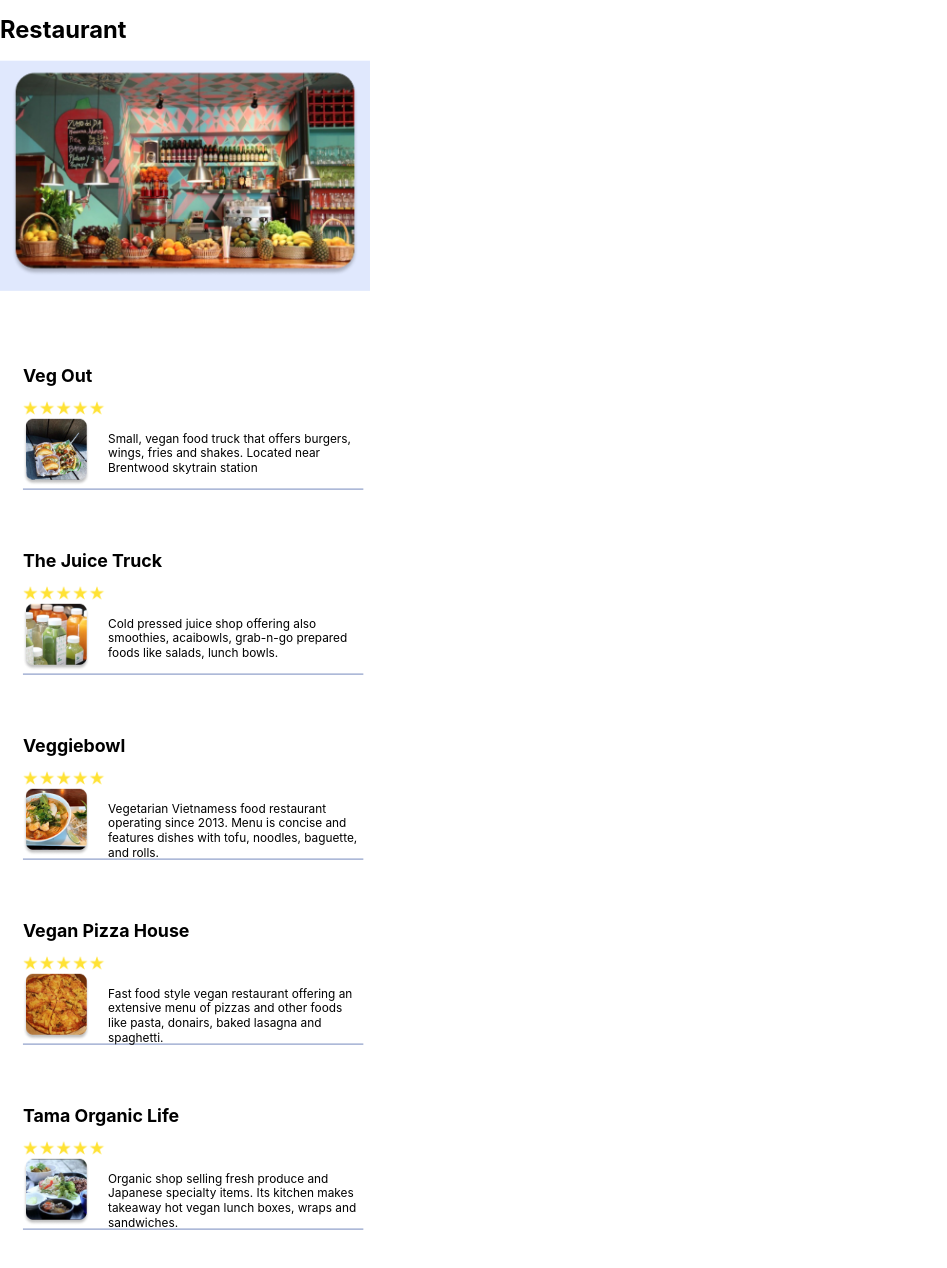
Repository: Kinakopan/design_mindfulEating_site
Page: /restaurant (app in firstapp/)
An editor plug-in stored every save of this project. The page is shown before and after a run of saves, followed by the edit.
The browser window is 1280 px wide. The pictures show the whole page, at 74% of full size.
The project was rebuilt for these pictures with package versions that can differ from the ones it lists, and the page was loaded fresh each time. The framework's server and built-in components were replaced by stand-ins that run in the browser. Also part of the build but not shown: firstapp/next.config.js.

Above is the page before, as saved 2022-04-21 14:51:46.

### firstapp/pages/restaurant.js
import ImgCard from "../comps/ImgCard";
import RestaurantCard from "../comps/RestaurantCard";



export default function Restaurant(){

    return (
    <div>
        <h1>Restaurant</h1>

        <ImgCard
        img="/restaurant.png"
        bg="#E0E8FD"
        cpa="2"
        />



    <main>
        <RestaurantCard>
        </RestaurantCard>

        <RestaurantCard
            img="/juice truck.png"
            h2="The Juice Truck"
            txt="Cold pressed juice shop offering also smoothies, acaibowls, grab-n-go prepared foods like salads, lunch bowls."
        ></RestaurantCard>

        <RestaurantCard
            img="/veggie bowl.png"
            h2="Veggiebowl"
            txt="Vegetarian Vietnamess food restaurant operating since 2013. Menu is concise and features dishes with tofu, noodles, baguette, and rolls."
        ></RestaurantCard>

         <RestaurantCard
            img="/vegan pizza.png"
            h2="Vegan Pizza House"
            txt="Fast food style vegan restaurant offering an extensive menu of pizzas and other foods like pasta, donairs, baked lasagna and spaghetti."
        ></RestaurantCard>

        <RestaurantCard
            img="/Tama img.png"
            h2="Tama Organic Life"
            txt="Organic shop selling fresh produce and Japanese specialty items. Its kitchen makes takeaway hot vegan lunch boxes, wraps and sandwiches."
        ></RestaurantCard>


    </main>
    </div>

    )
}

### firstapp/comps/ImgCard.js
import { Children } from 'react';
import styled from 'styled-components';
import rcont from './RestaurantCard';

const CardCont = styled.div`
    background-color: ${props=>props.cl};
    color: ${props=>props.text_cl};
    min-width: 375px;
    max-width: 500px;
    padding: ${props=>props.cont_padding};
    border-radius: ${props=>props.border_radius};
    margin: ${props=>props.margin};
`;

const DispImage = styled.img`
    width: 100%;
    padding: 1em;
    margin: ${props=>props.image_margin};
`;

const List = styled.div`
    text-align: right;
`;

export default function ImgCard({
    img="/food1.png",
    bg="#E0E8FD",
    tcl="#08213E",
    title="",
    txt="",
    bor="",
    mar="",
    n1,n2,n3,n4="",
    marg="",
    cpa="1em 3em 1em 3em",
    Children=null

}){

    return <CardCont cl={bg} text_cl={tcl} border_radius={bor} margin={mar} cont_padding={cpa}>
        <h1>{title}</h1>
        <DispImage src={img} image_margin={marg}/>
        <br/>
        <List>
            <h2>{n1}</h2>
            <h2>{n2}</h2>
            <h2>{n3}</h2>
            <h2>{n4}</h2>
        </List>
        <p>{txt}</p>
        {Children}

    </CardCont>
}

### firstapp/comps/RestaurantCard.js

import styled from 'styled-components';


const ReCont = styled.div`
background-color:white;
width:500px;
position:relative;
height: 250px;
top:50px;
left: 1px;
padding: 10px 10px 10px 30px;
`
;

const ReImg = styled.img`
width:90px;



`;


const Text = styled.p`
float:right;
width:75%;
font-size: 16px;
text-align: left;
margin: 3 3 3 3;

`
;


const ResItem = styled.div`
border-bottom:2px solid #A2b0d3;

`

;

const Title = styled.h2`
width:250px;

`
;

const Image = styled.img`
`


const Button = styled.img`
top:100px;
background-color:"red";
height:20px;
`


export default function RestaurantCard({
    img="/veg out.png",
    bg="#E0E8FD",
    h2="Veg Out",
    txt="Small, vegan food truck that offers burgers, wings, fries and shakes. Located near Brentwood skytrain station",


}){

    return <ReCont
    cl={bg} txt={txt}>
    <Title>{h2}</Title>
    <Button img src="/start rating.png"></Button>
    <ResItem>

        <ReImg src={img}></ReImg>

        <Text>{txt}</Text>


    </ResItem>


    </ReCont>

}


//export default function RestaurantCard(){
    //return(
   //     <img src="/veg out.png" />
   // )

//}

Loaded but not shown: firstapp/pages/_app.js (common file); firstapp/styles/globals.css (common file)

After the next 2 saves:
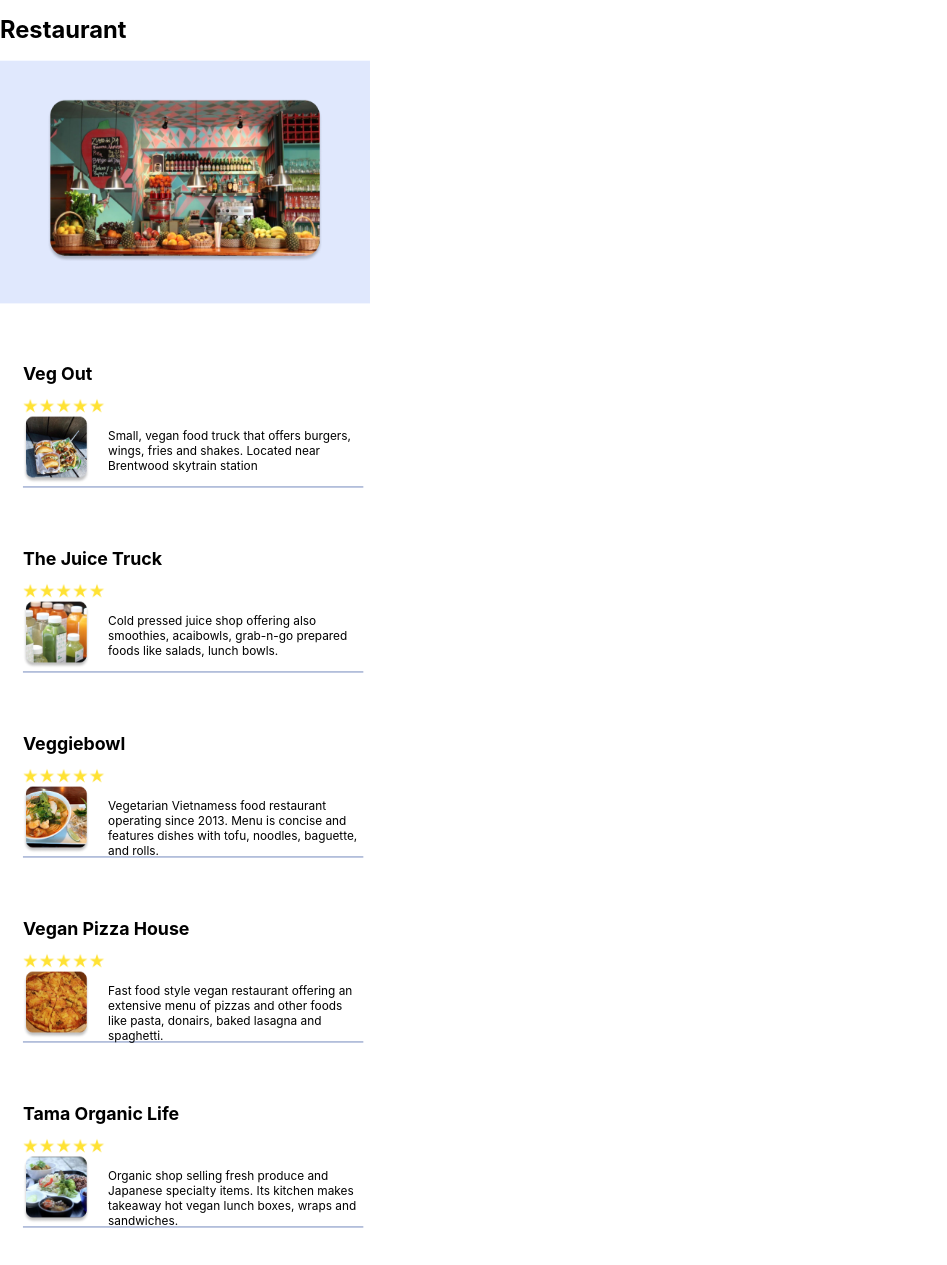
The 2 saves are shown as one change because they came seconds apart.
The last was saved 11 s later.
--- a/firstapp/pages/restaurant.js
+++ b/firstapp/pages/restaurant.js
@@ -12,7 +12,7 @@
         <ImgCard
         img="/restaurant.png"
         bg="#E0E8FD"
-        cpa="2"
+
         />
 
 

After the save that followed:
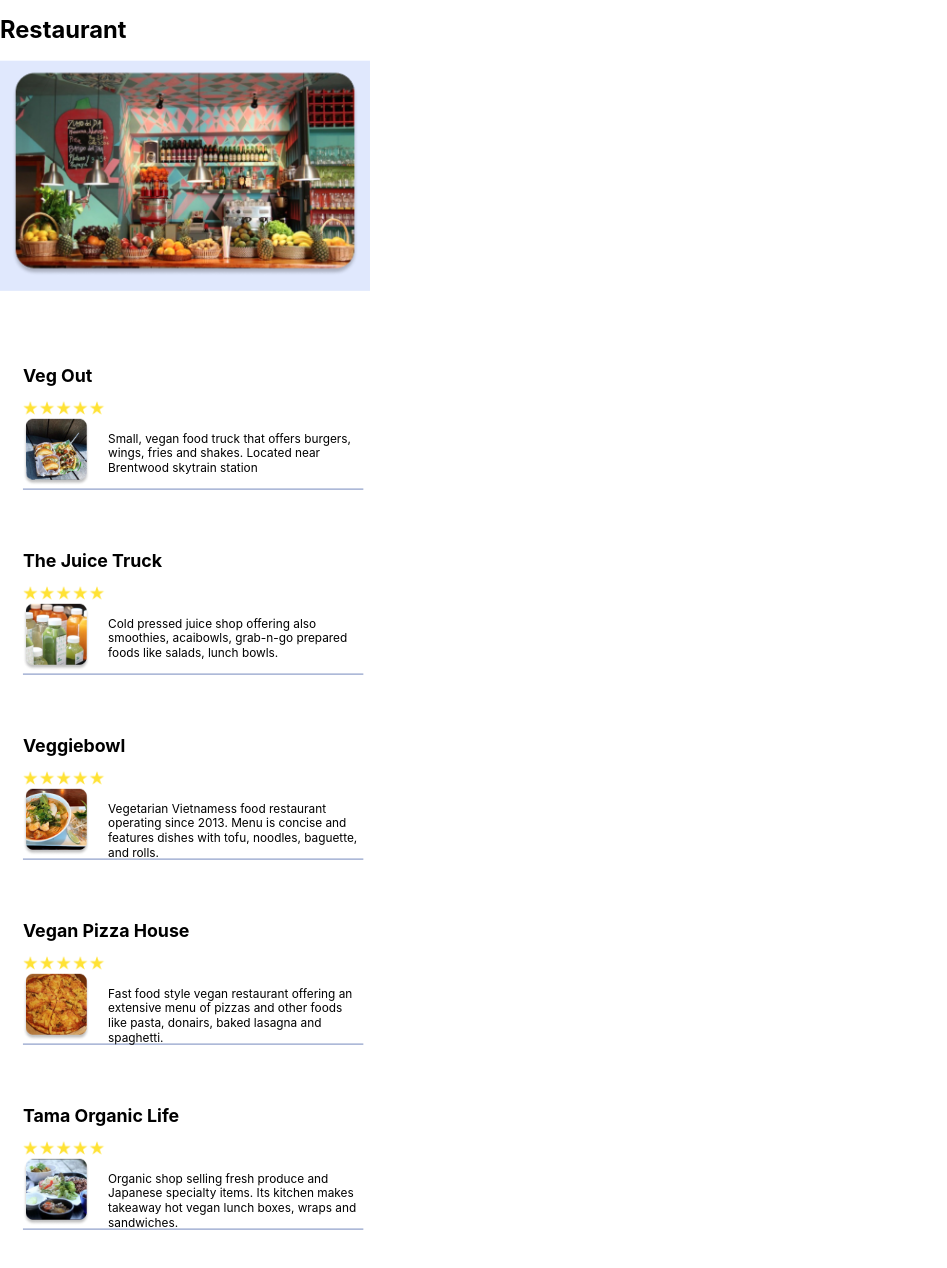
Saved 9 s later.
--- a/firstapp/pages/restaurant.js
+++ b/firstapp/pages/restaurant.js
@@ -12,7 +12,7 @@
         <ImgCard
         img="/restaurant.png"
         bg="#E0E8FD"
-
+        cpa="10"
         />
 
 
